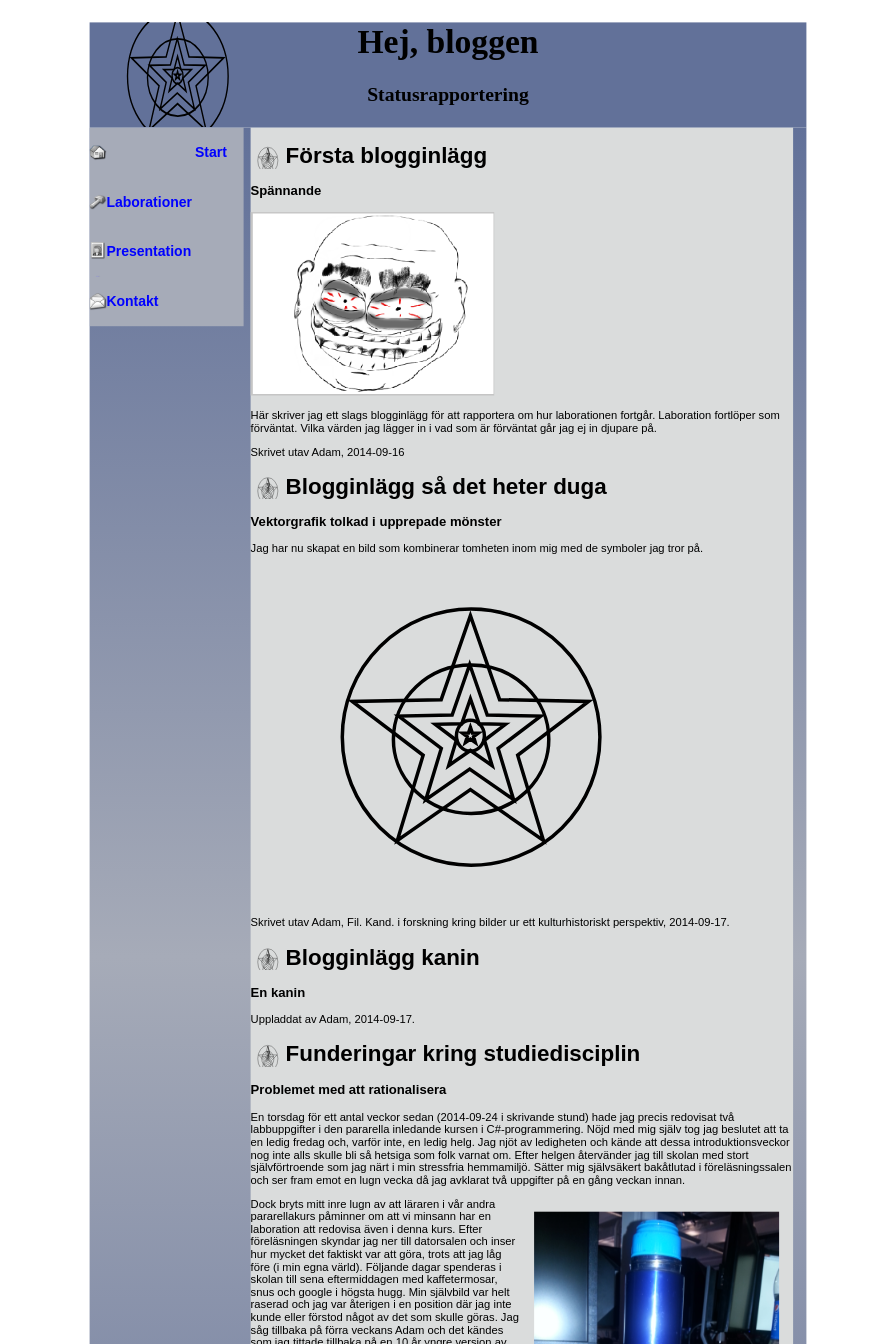
Repository: ao222qc/1IK415_ao222qc_copycat
Page: index.html
The author's editor kept a record of every edit. The page is drawn from the files as they stood at one moment, then again after the next edit.
The browser window is 1280 px wide. The pictures show the part of the page from y = 0 to 1920 px (the page is 2561 px tall before and 2569 px after), at 70% of full size.

Above is the page before.

After the next edit:
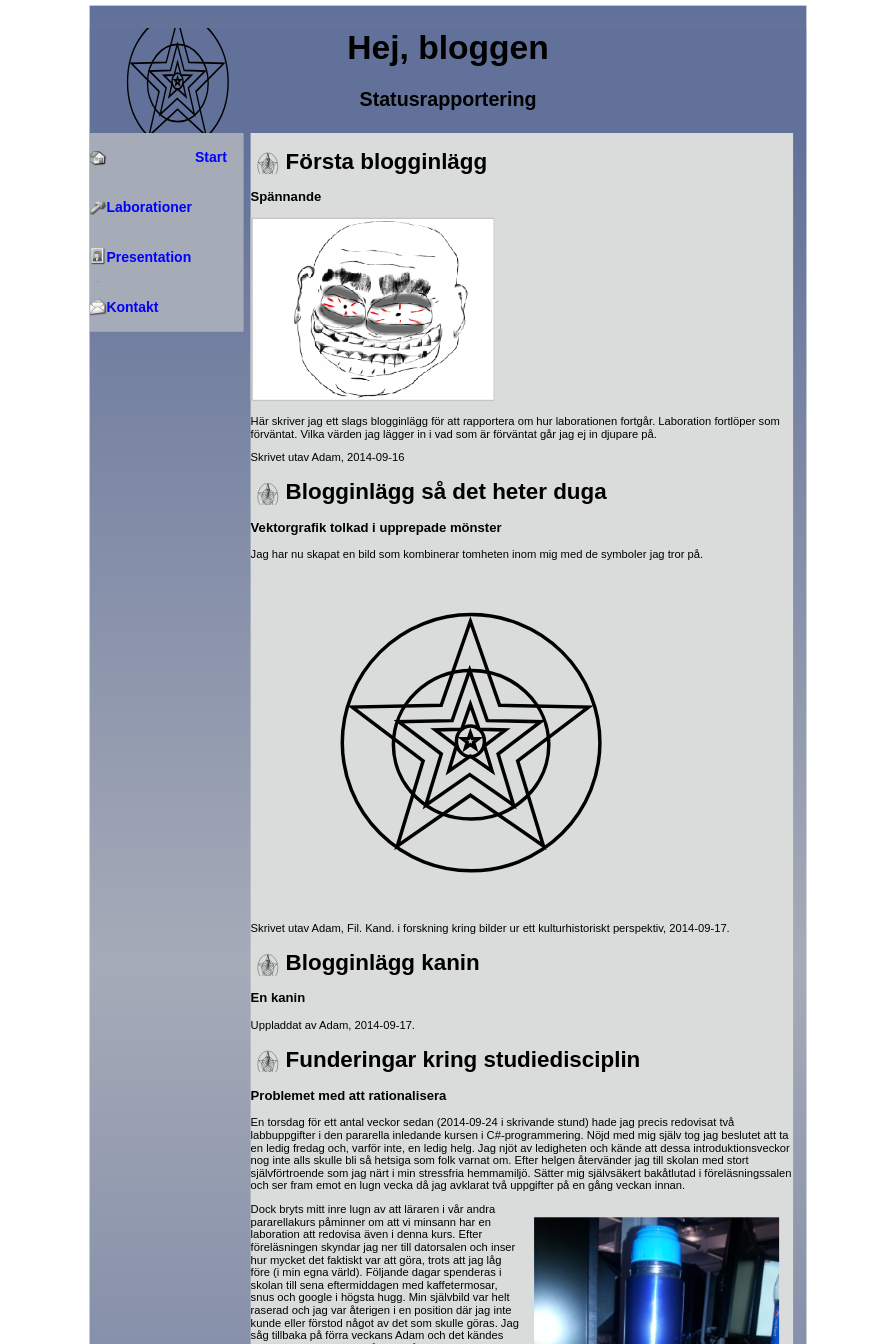
The edit:
--- a/index.html
+++ b/index.html
@@ -8,6 +8,7 @@
        <link rel="stylesheet" href="pics/css/mobile.css" media="screen and (max-device-width: 480px") />
     </head>
 <body>
+<div id="background">
     <div id="header">
     <h1>Hej, bloggen</h1>
     <h3>Statusrapportering</h3>
